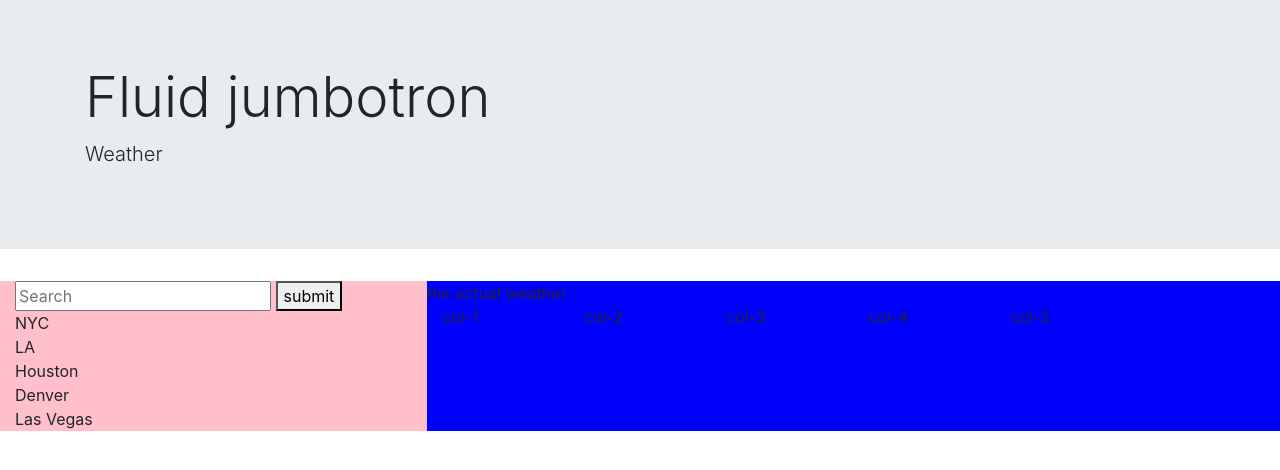
Repository: kkyler24/WeatherBug
Page: index.html
These files come from the project's save history. The page is drawn as it stood at one moment and after the next save; the edit follows.
The browser window is 1280 px wide. The pictures show the whole page.
Some web libraries are served in a nearby version.

Above is the page before, as saved 2020-04-14 13:34:22.

### index.html
<!DOCTYPE html>
<html lang="en">

<head>
    <meta charset="UTF-8">
    <meta name="viewport" content="width=device-width, initial-scale=1.0">
    <title>Weather</title>
    <!-- bootstrap -->
    <link rel="stylesheet" href="https://maxcdn.bootstrapcdn.com/bootstrap/4.0.0/css/bootstrap.min.css"
        integrity="sha384-Gn5384xqQ1aoWXA+058RXPxPg6fy4IWvTNh0E263XmFcJlSAwiGgFAW/dAiS6JXm" crossorigin="anonymous">
    <link rel="stylesheet" href="Style.css">
</head>

<body>
    <header>
        <div class="jumbotron jumbotron-fluid">
            <div class="container">
                <h1 class="display-4">Fluid jumbotron</h1>
                <p class="lead">Weather</p>
            </div>
        </div>
    </header>
    <main class="container-fluid">
        <div class="row">
            <div id="leftCol" class="col-md-4" style="background-color:pink">
                <!-- search input -->
                <input type="text" placeholder="Search">
                <button>submit</button>

                <!-- Search history -->
                <div>NYC</div>
                <div>LA</div>
                <div>Houston</div>
                <div>Denver</div>
                <div>Las Vegas</div>
            </div>
<!-- right side column -->
            <div id="rightCol" class="col-md-8 " style="background-color:blue">
                <div class="row">the actual weather</div>
                <div class="row">
                    <div class="col-sm-2">col-1</div>
                    <div class="col-sm-2">col-2</div>
                    <div class="col-sm-2">col-3</div>
                    <div class="col-sm-2">col-4</div>
                    <div class="col-sm-2">col-5</div>
                </div>



            </div>
        </div>





    </main>

    <script src="https://ajax.googleapis.com/ajax/libs/jquery/3.4.1/jquery.min.js"></script>
    <script src="https://cdnjs.cloudflare.com/ajax/libs/popper.js/1.12.9/umd/popper.min.js"
        integrity="sha384-ApNbgh9B+Y1QKtv3Rn7W3mgPxhU9K/ScQsAP7hUibX39j7fakFPskvXusvfa0b4Q"
        crossorigin="anonymous"></script>
    <script src="https://maxcdn.bootstrapcdn.com/bootstrap/4.0.0/js/bootstrap.min.js"
        integrity="sha384-JZR6Spejh4U02d8jOt6vLEHfe/JQGiRRSQQxSfFWpi1MquVdAyjUar5+76PVCmYl"
        crossorigin="anonymous"></script>
</body>

</html>

Loaded but not shown: Style.css (empty)

After the next save:
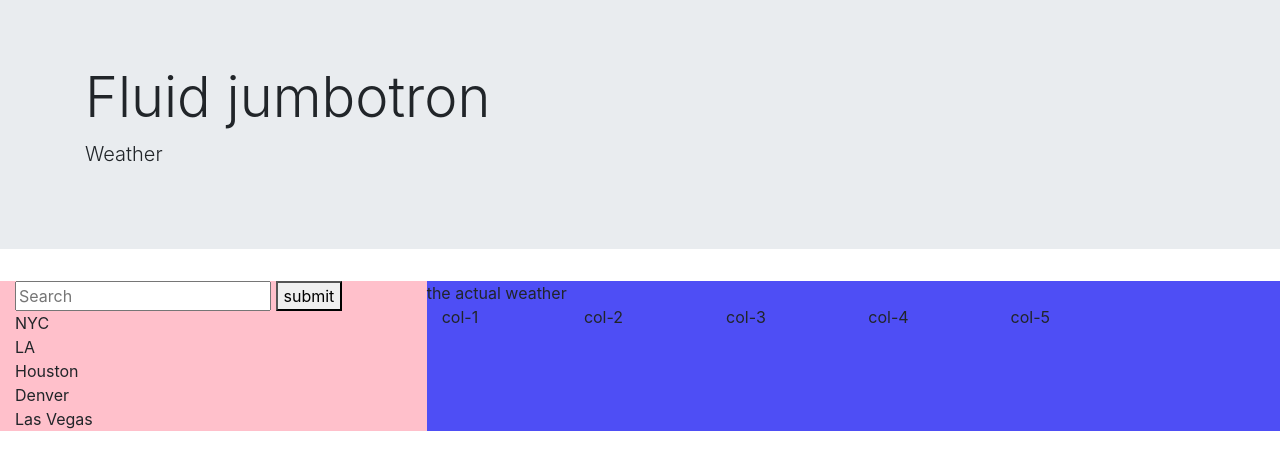
Saved 32 s later.
--- a/index.html
+++ b/index.html
@@ -35,7 +35,7 @@
                 <div>Las Vegas</div>
             </div>
 <!-- right side column -->
-            <div id="rightCol" class="col-md-8 " style="background-color:blue">
+            <div id="rightCol" class="col-md-8 " style="background-color:rgb(78, 78, 245)">
                 <div class="row">the actual weather</div>
                 <div class="row">
                     <div class="col-sm-2">col-1</div>
@@ -44,8 +44,6 @@
                     <div class="col-sm-2">col-4</div>
                     <div class="col-sm-2">col-5</div>
                 </div>
-
-
 
             </div>
         </div>
